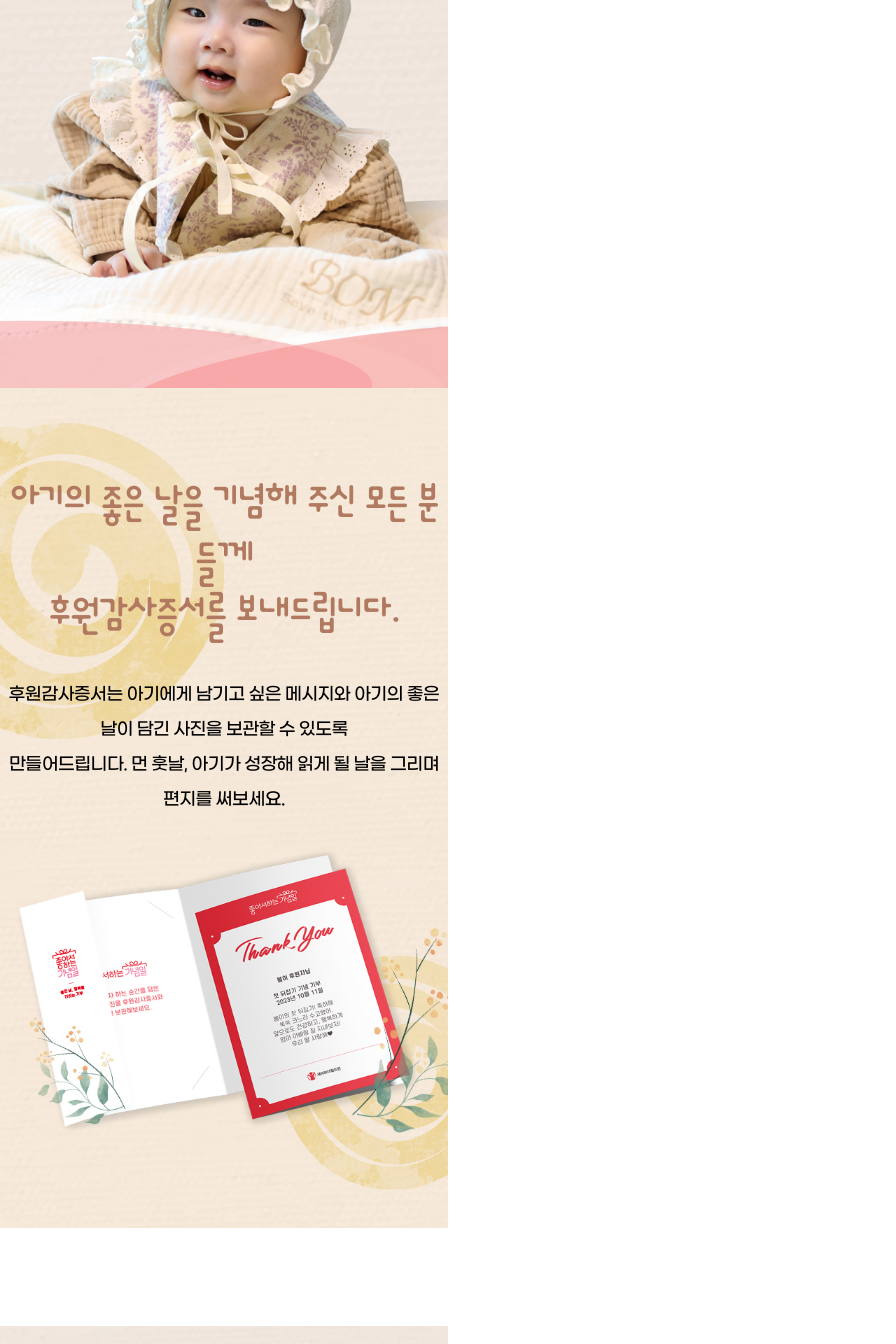
Repository: dlgywls1130/save_children_m
Page: index.html
The author's editor kept a copy of each file at every save. The page is drawn from the files as they stood at one save, then again after the next save.
The browser window is 1280 px wide. The pictures show the part of the page from y = 3185 to 5105 px (the page is 9658 px tall), at 70% of full size.

Above is the page before, as saved 2023-12-13 19:14:55.

### index.html
<!DOCTYPE html>
<html lang="en">
<head>
    <meta charset="UTF-8">
    <meta name="viewport" content="width=device-width, initial-scale=1.0">
    <title>세이브더칠드런</title>

    <link rel="stylesheet" href="./css/reset.css">
    <link rel="stylesheet" href="./css/style.css">

</head>
<body>
    <div class="content_body">
        <section class="section_wrapper section01">
            <div class="se01 se_wrapper">
                <div class="se01_sub">
                    <div class="sub_logo">
                        <img src="./img/logo01.png" alt="logo">
                    </div>
                    <p>우리 아기 좋은 날 기부</p>
                </div>
                <p class="seo01_title">
                    아가야,
                </p>
                <p class="seo01_title_two">
                    너의 <span id="rollingText">탄생</span> 순간을 축하해!
                </p>
                <p class="section_descript mb-45">
                    아이의 건강과 행복을
                    <br>바라는 마음을 담아,
                    <br>탄생, 백일, 첫 걸음마, 첫돌 등
                    <br>내 아이의 소중한 순간을
                    <br>기부로 기념해보세요.
                    <br>함께 자라나는 다른 아이들
                    <br>에게도 큰 축복이 됩니다..
                </p>

                <a class="donation_link" href="javascript:void(0)">우리 아기 좋은 날 기부</a>
            </div>
        </section>
        <section class="section_wrapper section02">
            <div class="se02 se_wrapper">
                <div class="postit_wrapper">
                    <div class="postit postit01">
                        <p>우리 아들 우현이의<br>
                        200일을 축하해.<br>
                        건강하게 자라줘서 고마워 ❤<br>
                        늘 사랑받고 받은 사랑만큼<br>
                        베풀 수 있는 건강하고<br>
                        멋진 아들이 되길 바래!</p>
                    </div>
                    <div class="postit postit02">
                        <p>우리 새로아<Br>
                        백일 동안 무럭무럭 자라줘서<Br>
                        고마워~앞으로도 건강하고<Br>
                        우리 같이 재미있게 많이 놀자.<Br>
                        엄마,아빠가 많이 사랑해.</p>
                    </div>

                    <div class="postit postit05">
                        <p>사랑하는 도현이의<br>
                        첫 어린이날과 첫돌을<br>
                        기념하며, <br>
                        이웃을 사랑하는<br>
                        멋진 사람으로 자라길</p>

                    </div>
                    <div class="postit postit04">
                        <p>보미야<br>
                        첫 번째 생일 축하해<br>
                        너의 존재가 온 세상에<br>
                        봄이길 바랄게!   </p>
                    </div>

                    <div class="postit postit03">
                        <p>서진아<br>
                        우리에게 와줘서 고마워<br>
                        건강하고 행복하게 자라렴.<br>
                        사랑해♡      </p>
                    </div>

                </div>

            </div>
        </section>
        <section class="section_wrapper section03">
            <div class="se_wrapper se03">
                <div class="se_title_co">
                    아기의 좋은 날을 기념해 주신 모든 분들께
                    <br>후원감사증서를 보내드립니다.
                </div>
                <div class="se_sub_co">
                    후원감사증서는 아기에게 남기고 싶은 메시지와 아기의 좋은 날이 담긴 사진을 보관할 수 있도록
                    <br>만들어드립니다. 먼 훗날, 아기가 성장해 읽게 될 날을 그리며 편지를 써보세요.
                </div>
            </div>

        </section>
        <section class="section_wrapper section04">
            <div class="se_wrapper se04">
                <div class="se_title_co">
                    이름 자수 순면거즈블랭킷
                </div>
                <div class="se_sub_co">
                    30만원 이상 후원하신 분들께는 순면 거즈 아기 블랭킷(90*110)에
                    <Br>원하시는 이름(영문)을 예쁘게 수놓아 드립니다.
                </div>

                <div class="se04_slide mt-85">
                    <div class="se04_slide_list">
                        <img src="./img/slide01.jpg">
                    </div>
                    <div class="se04_slide_list">
                        <img src="./img/slide02.jpg">
                    </div>
                    <div class="se04_slide_list">
                        <img src="./img/slide03.jpg">
                    </div>
                </div>
            </div>
        </section>
        <section class="section_wrapper section05">
            <div class="se_wrapper se05">
                <div class="se_title_co">
                    후원신청 과정
                </div>

                <div class="se_step_list">
                    <div class="se_step">
                        <p class="step_number">1</p>
                        <div class="step_ico">
                            <img src="./img/icon01.png" alt="img">
                        </div>
                        <p class="step_descript">
                            후원신청하기
                        </p>
                    </div>
                    <div class="se_step">
                        <p class="step_number">2</p>
                        <div class="step_ico">
                            <img src="./img/icon02.png" alt="img">
                        </div>
                        <p class="step_descript">
                            후원감사증서
                            <br>메시지 적기
                        </p>
                    </div>
                    <div class="se_step">
                        <p class="step_number">3</p>
                        <div class="step_ico">
                            <img src="./img/icon03.png" alt="img">
                        </div>
                        <p class="step_descript">
                            신청완료
                        </p>
                    </div>
                    <div class="se_step">
                        <p class="step_number">4</p>
                        <div class="step_ico">
                            <img src="./img/icon04.png" alt="img">
                        </div>
                        <p class="step_descript">
                            후원감사증서 발송
                            <Br>(1주 이내)
                        </p>
                    </div>
                </div>

                <div class="se_sub_co mt-100">
                    30만원 이상 후원해 주신 경우,
                    <br>감사 선물 수령 주소 및 아기 블랭킷에 새겨질 문구 확인을 위한 문자가 발송됩니다.
                </div>

                <a class="donation_link" href="javascript:void(0)">우리 아기 좋은 날 기부</a>
            </div>

        </section>
        <section class="section_wrapper section06">
            <div class="se_wrapper se06">
                <div class="se_title_co">
                    후원금, 이렇게 쓰여요!
                </div>
                <div class="se_sub_co">
                    세이브더칠드런은 <span>국내외 아동을 위한 교육,
                    <Br>보호, 보건영양지원, 아동권리옹호</span> 등의 활동을 해나가고 있습니다.
                </div>
                <div class="se_sub_co">
                    보내주신 후원금은 정치, 종교, 인종에 관계없이 모든 아이를 구해야 한다는
                    <Br>세이브더칠드런의 신념에 따라 <span>가장 도움 필요한 아이를 위해 우선 사용</span>됩니다.
                </div>
            </div>

        </section>
        <section class="section_wrapper section07">
            <div class="se_wrapper se07">
                <div class="se_title_co">
                    FAQ
                </div>
                <div class="accordion">
                    <div class="accordion-item">
                        <h3 class="title">
                            <span>1. 30만원 이상 후원했습니다. 거즈 순면 블랭킷은 언제 오나요?</span>
                            <img src="./img/top.png">
                        </h3>
                        <p class="paragraph">
                            우리아기 축하기부로 30만원 이상 후원자님들께는 담요에 수놓을 아기 이름과
                            <Br>선물 수령 주소 확인을 위한 문자가 발송됩니다.
                            <br>02-6900-4479로 발송되는 문자 속 설문조사에 답해주세요.
                            <br>확인을 완료하신 분들께는 블랭킷 제작을 담당하고 있는 조니 스튜디오에서
                            <br>아기 이름 자수 작업 완료 후 배송해 드립니다.

                        </p>
                    </div>
                    <div class="accordion-item">
                        <h3 class="title">
                            <span>2. 거즈 순면 블랭킷, 안전한 제품인가요?</span>
                            <img src="./img/top.png">
                        </h3>
                        <p class="paragraph">
                            본 블랭킷은 워싱된 3중 거즈로 제작되었으며, KC안전검사를 완료하였습니다.
                            소재 특성상 섬유 조각이 발생할 수 있어 망에 넣지 않고 3번 정도 물빨래 하시는 것을 권장합니다.

                        </p>
                    </div>
                    <div class="accordion-item">
                        <h3 class="title">
                            <span>3. 거즈 순면 블랭킷을 받았는 데 하자가 있어요. 어떻게 해야 하나요? </span>
                            <img src="./img/top.png">
                        </h3>
                        <p class="paragraph">
                            070-4220-4123 (조니스튜디오 CS)로 전화 연락 부탁드립니다. 하자 물품에 대한 교환은 수령일로부터 7일 이내에 조니스튜디오에 연락해주셔야 하며, 이로 인한 후원금 환불은 어렵습니다.
                        </p>
                    </div>
                    <div class="accordion-item">
                        <h3 class="title">
                            <span>4. 후원감사증서에 넣을 수 있는 사진 사이즈는 얼마인가요?</span>
                            <img src="./img/top.png">
                        </h3>
                        <p class="paragraph">
                            사진 인화 사이즈 5*7 인치에 맞추어서 제작되었습니다.  그보다 작은 사진일 경우, 후원감사증서
                            내부의 주머니에 넣어 보관하실 수도  있습니다.

                        </p>
                    </div>
                </div>
            </div>

        </section>
        <section class="section_wrapper section08">
            <div class="se_wrapper se08">
                <div class="se08_postion">
                    <p class="se08_title">우리 아기 좋은 날 기부</p>
                    <p class="se08_descript">
                        탄생, 백일, 첫 걸음마, 첫돌...
                        <br>소중한 우리 아기의 성장을 기념해 보세요!
                        <br>아기의 좋은 날이 모여 세상의 행복이 됩니다.
                    </p>
                    <a href="javascript:void(0)" class="more_btn">
                        <p>자세히보기</p>
                        <svg xmlns="http://www.w3.org/2000/svg" width="16" height="16" fill="currentColor" class="bi bi-chevron-right" viewBox="0 0 16 16">
                            <path fill-rule="evenodd" d="M4.646 1.646a.5.5 0 0 1 .708 0l6 6a.5.5 0 0 1 0 .708l-6 6a.5.5 0 0 1-.708-.708L10.293 8 4.646 2.354a.5.5 0 0 1 0-.708z"/>
                        </svg>
                    </a>
                </div>

            </div>
        </section>
    </div>

    <script src="https://ajax.googleapis.com/ajax/libs/jquery/1.12.4/jquery.min.js"></script>
    <script src="./js/main.js"></script>
</body>
</html>

### css/reset.css


html, body, div, span, applet, object, iframe,
h1, h2, h3, h4, h5, h6, p, blockquote, pre,
a, abbr, acronym, address, big, cite, code,
del, dfn, em, img, ins, kbd, q, s, samp,
small, strike, strong, sub, sup, tt, var,
b, u, i, center,
dl, dt, dd, ol, ul, li,
fieldset, form, label, legend,
table, caption, tbody, tfoot, thead, tr, th, td,
article, aside, canvas, details, embed,
figure, figcaption, footer, header, hgroup,
menu, nav, output, ruby, section, summary,
time, mark, audio, video {
	margin: 0;
	padding: 0;
	border: 0;
	font-size: 100%;
	font: inherit;
	vertical-align: baseline;
}

article, aside, details, figcaption, figure,
footer, header, hgroup, menu, nav, section {
	display: block;
}
body {
	line-height: 1;
}
ol, ul {
	list-style: none;
}
blockquote, q {
	quotes: none;
}
blockquote:before, blockquote:after,
q:before, q:after {
	content: '';
	content: none;
}
table {
	border-collapse: collapse;
	border-spacing: 0;
}

Loaded but not shown: js/main.js (46 lines, source omitted); css/style.css (692 lines, source omitted)

After the next save:
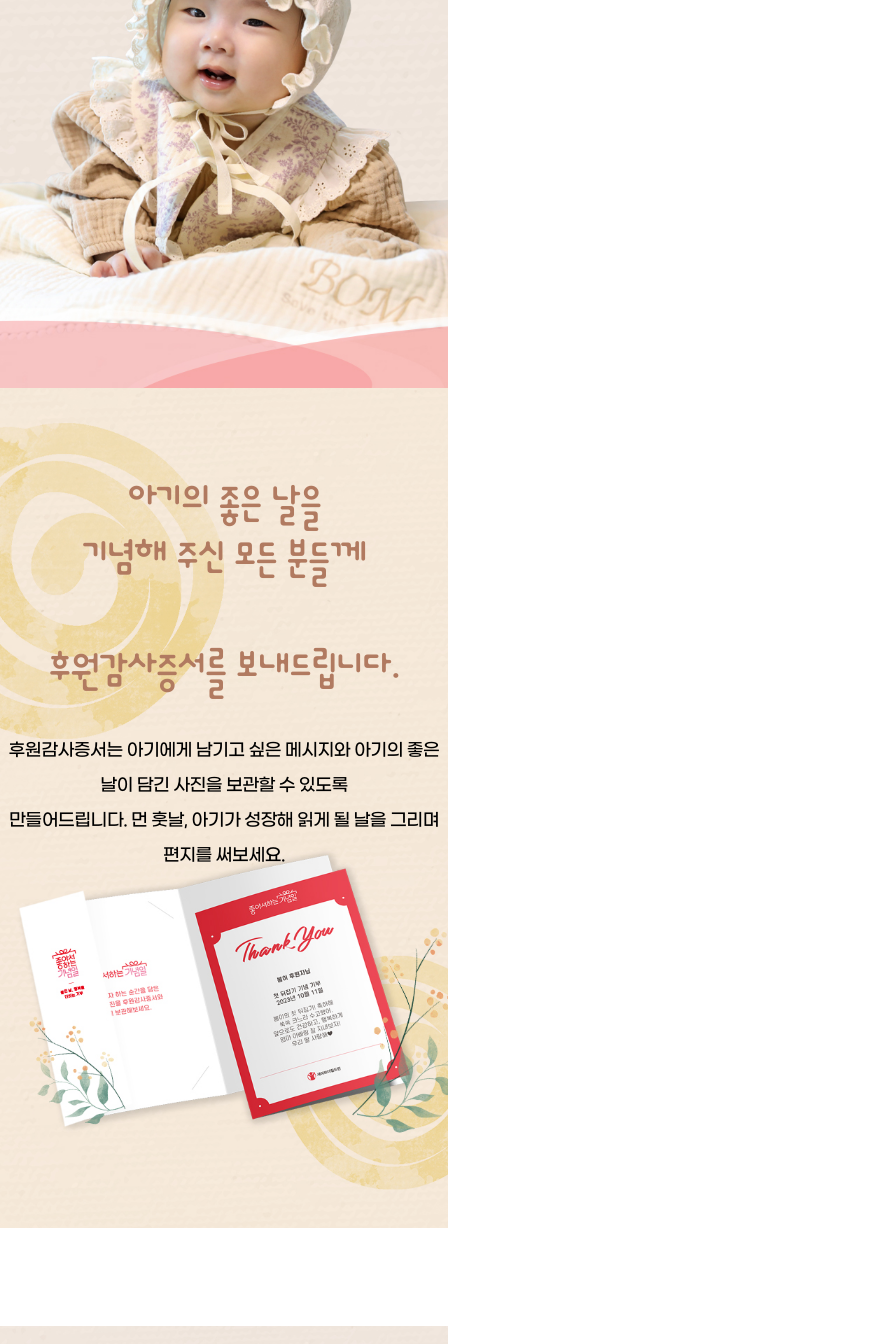
Saved 15 s later.
--- a/index.html
+++ b/index.html
@@ -86,7 +86,7 @@
         <section class="section_wrapper section03">
             <div class="se_wrapper se03">
                 <div class="se_title_co">
-                    아기의 좋은 날을 기념해 주신 모든 분들께
+                    아기의 좋은 날을<br> 기념해 주신 모든 분들께<br>
                     <br>후원감사증서를 보내드립니다.
                 </div>
                 <div class="se_sub_co">
